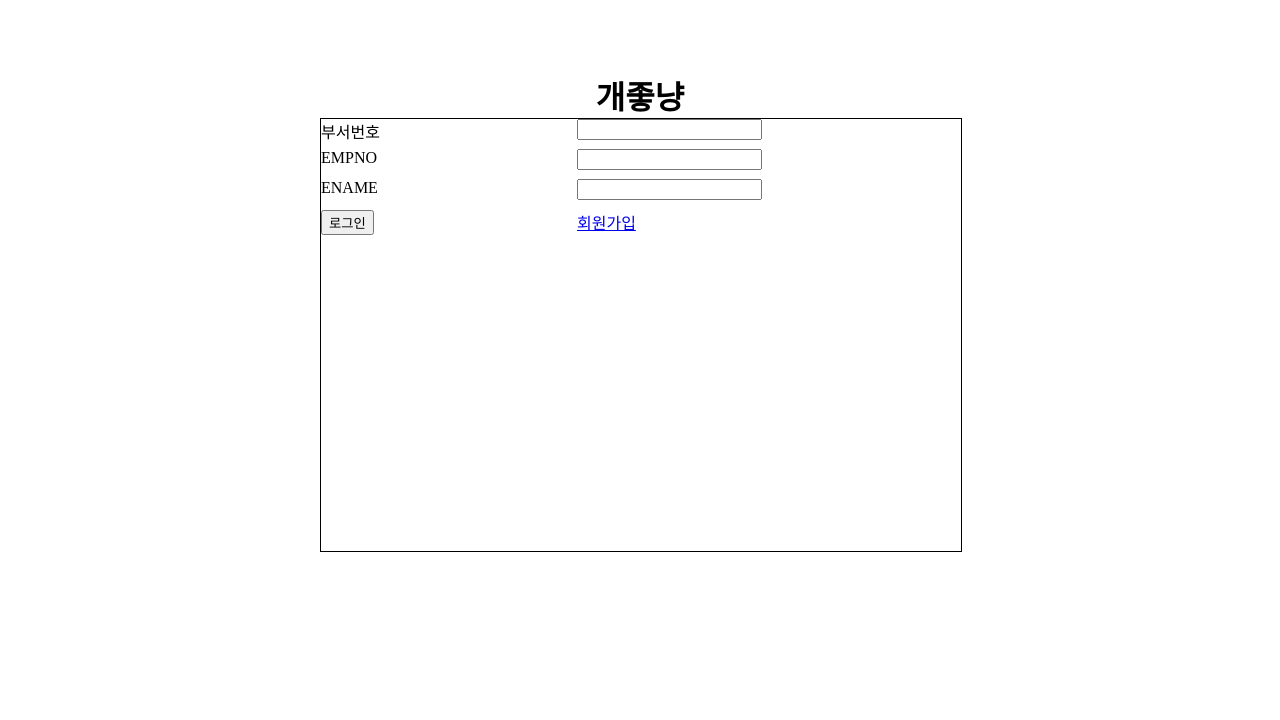
Repository: rmsgh2392/jee-company
Page: http://localhost/company/facade.do
An editor plug-in stored every save of this project. The page is shown before and after the next save, followed by the edit.
The browser window is 1280 px wide. The pictures show the whole page.
The page is served by Tomcat 9. Other server files are loaded and not shown.

Above is the page before, as saved 2019-10-07 11:13:53.

### company/WebContent/WEB-INF/views/facade/main.jsp
<%@ page language="java" contentType="text/html; charset=UTF-8"
    pageEncoding="UTF-8"%>
<%@taglib prefix="e" uri="http://java.sun.com/jsp/jstl/core"%>
<jsp:include page="../common/head.jsp"/>
<div>
	<h1 id="main_text">개좋냥</h1>
	<e:choose>
		<e:when test="${page eq 'login'}">
			<jsp:include page="login.jsp"/>
		</e:when>
		<e:when test="${page eq 'join'}">
			<jsp:include page="join.jsp"/>
		</e:when>
		<e:when test="${page eq 'mypage'}">
			<jsp:include page="mypage.jsp"/>
		</e:when>
	</e:choose>
</div>
<script>
app.init('${ctx}');
</script>
<jsp:include page="../common/foot.jsp"/>

### company/WebContent/WEB-INF/views/common/head.jsp
<%@ page language="java" contentType="text/html; charset=UTF-8"
    pageEncoding="UTF-8"%>
<!DOCTYPE html>
<html>
<head>
<meta charset="UTF-8">
<title>Insert title here</title>
<script src="${js}/jquery.js"></script>
<link rel="stylesheet" type="text/css" href="${css}/style.css"/></link>
<script src="${js}/app.js"></script>
</head>
<body>
<div class="wrapper" style="width:100%; height:100%">
<div></div> <div></div> <div></div>
<div></div>

### company/WebContent/WEB-INF/views/facade/login.jsp
<%@ page language="java" contentType="text/html; charset=UTF-8"
    pageEncoding="UTF-8"%>
<form id="login_form">
	<div class = "login_tab">
		<div> 부서번호 </div>
		<div><input id="deptname" class="login_text" type="text" name="deptNo"/></div>
		<div>EMPNO</div>
		<div>
			<input id="username" class="login_text" type="text" name="empNo"/>
		</div>


		<div>ENAME </div>
		<div>
			<input id="userpw" class="login_text" type="text" name="ename"/>
		</div>


		<div>
			<input id="login_btn" type="button" value="로그인"/>
		</div>
		<div>
			<a id="a_join" href="#">회원가입</a>
		</div>
		<input type="hidden" name="action" value="login"/>
		<input type="hidden" name="page" value="mypage"/>
	</div>
</form>
<script>
app.init('${ctx}');
</script>

### company/WebContent/WEB-INF/views/common/foot.jsp
<%@ page language="java" contentType="text/html; charset=UTF-8"
    pageEncoding="UTF-8"%>
<div></div>
<div></div> <div></div> <div></div>
  </div>
</body>
</html>

### company/src/com/company/web/controllers/FacadeController.java
package com.company.web.controllers;

import java.io.IOException;
import javax.servlet.ServletException;
import javax.servlet.annotation.WebServlet;
import javax.servlet.http.HttpServlet;
import javax.servlet.http.HttpServletRequest;
import javax.servlet.http.HttpServletResponse;

import com.company.web.pool.Constants;

@WebServlet("/facade.do")
public class FacadeController extends HttpServlet {
	private static final long serialVersionUID = 1L;

	enum Resources{
		CTX, CSS, JS
	}
	protected void doGet(HttpServletRequest request, HttpServletResponse response) throws ServletException, IOException {
		for(Resources r : Resources.values()) {
			if(r.toString().toLowerCase().equals("ctx")) {
				request.getSession().setAttribute(r.toString().toLowerCase(), request.getContextPath());
			}else {
				request.getSession().setAttribute(r.toString().toLowerCase(), request.getContextPath() + "/resources/" + r.toString().toLowerCase());

			}

		}
		if(request.getParameter("page")==null) {
			request.setAttribute("page", "login");
		}else {
			request.setAttribute("page", request.getParameter("page"));
		}
		request.getRequestDispatcher
		(String.format(Constants.DOUBLE_PATH
				,request.getServletPath().substring(1,request.getServletPath().indexOf(".")),"main"))
		.forward(request, response);

	}

}

### company/WebContent/resources/css/style.css
@charset "UTF-8";
html, body{
	margin: 0;
	height: 100%;
	overflow: hidden;
}
.wrapper{
	display : grid;
	width: 100%;
	height:100%;
	grid-template-columns : 25% 50% 25%;
	grid-template-rows : 10% 60% 30%
}
.login_tab{
	display : grid;
	width: 100%;
	height:100%;
	border : 1px solid black;
	grid-template-columns : 40% 60%;
	grid-template-rows : 7% 7% 7% 7%;
	margin : 0 auto;
}

#main_text { width : 200px; margin : 0 auto;text-align:center;}
#login_form{width:100%;height:100%}

### company/WebContent/resources/js/app.js
var app = (()=>{
	return {
		init : (ctx)=>{
			employeeService.login(ctx);
			employeeService.join(ctx);
			employeeService.moveJoin(ctx);

		}

	};

})();

var player = (()=>{
	var _empNo,_ename,_job,_mgr,_hireDate,_sal,_comm,_deptNo;

	var setDeptNo = (deptNo)=>{this.deptNo = deptNo;}
	var setEmpNo = (empNo)=>{this.empNo = empNo;}
	var setEname = (ename)=>{this.ename = ename;}
	var getDeptNo = ()=>{return this._deptNo;}
	var getEmpNo = ()=>{return this. _empNo;}
	var getEname = ()=>{return this._ename;}
	return {
		setDeptNo : setDeptNo,
		setEmpNo  :  setEmpNo ,
		setEname : setEname,
		getDeptNo : getDeptNo,
		getEmpNo : getEmpNo,
		getEname : getEname
	};
})();

var employeeService = (()=>{
	return {
		login : (ctx)=>{
			$('#login_btn').click(()=>{
				if($('#username').val()===''||$('#userpw').val()===''||$('#deptname').val()===''){
					alert('필수값이 없습니다.');
				}else{
					/*alert('입력한 값 아이디'+$('#username').val());*/
					$('#login_form').attr('action',ctx+'/company.do');
					$('#login_form').attr('method','GET');
					$('#login_form').submit();
				}

			});
		},
		join: (ctx)=>{
			$('#join_btn').click(()=>{
				if($('#join_empNo').val()===''||$('#join_ename').val()===''){
					alert('필수값이 없습니다.');
				}else{
					/*alert('입력한 값 아이디'+$('#join_empNo').val());*/
					$('#join_form').attr('action',ctx+'/company.do');
					$('#join_form').attr('method','GET');
					$('#join_form').submit();
				}
			});
		},
		moveJoin : (ctx)=>{
			$('#a_join').click(()=>{

				location.assign(ctx+'/facade.do?page=join')
			});
		},


		search: (ctx)=>{
			$('#find2').click(()=>{
				location.assign(ctx+'/player.do?action=search&page=a_position');
			});

			$('#find4').click(()=>{
				location.assign(ctx+'/player.do?action=search&page=4_find_by_teamid_position');

			});

		}

	};
})();

Loaded but not shown: company/WebContent/resources/js/jquery.js (library)

After the next save:
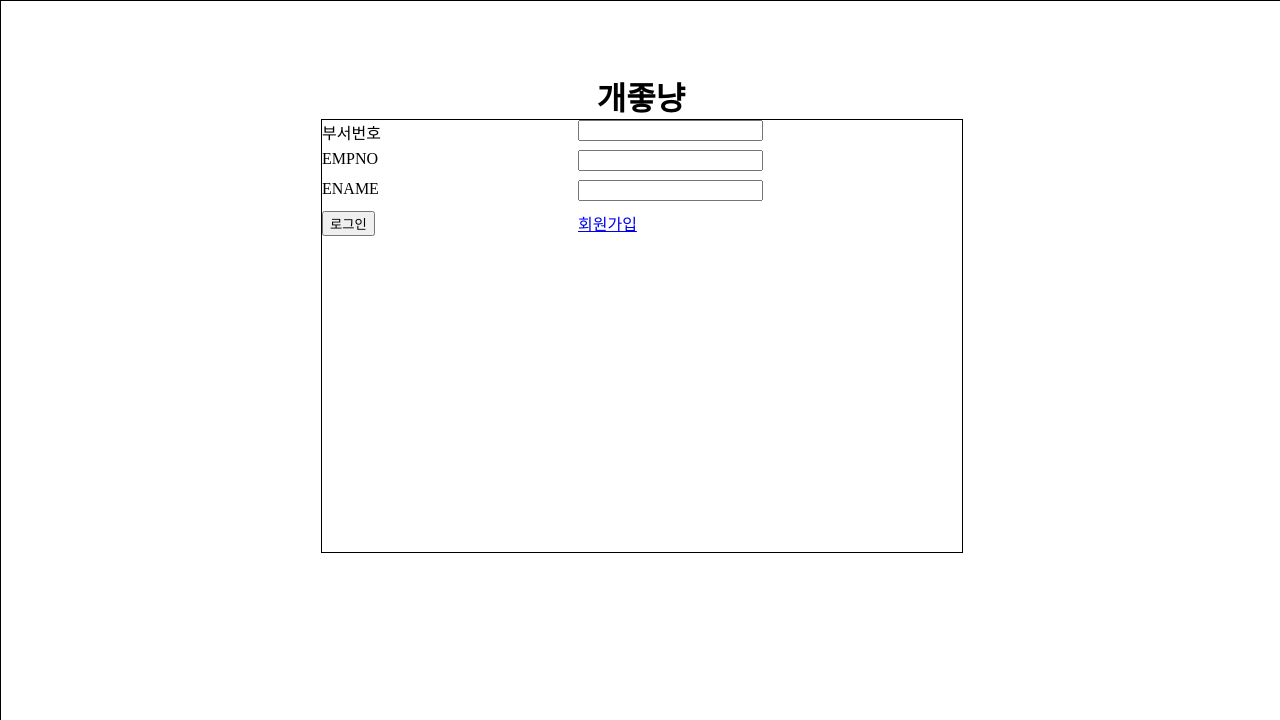
Saved 27 s later.
--- a/company/WebContent/resources/css/style.css
+++ b/company/WebContent/resources/css/style.css
@@ -8,6 +8,7 @@ html, body{
 	display : grid;
 	width: 100%;
 	height:100%;
+	border : 1px solid black;
 	grid-template-columns : 25% 50% 25%;
 	grid-template-rows : 10% 60% 30%
 }
